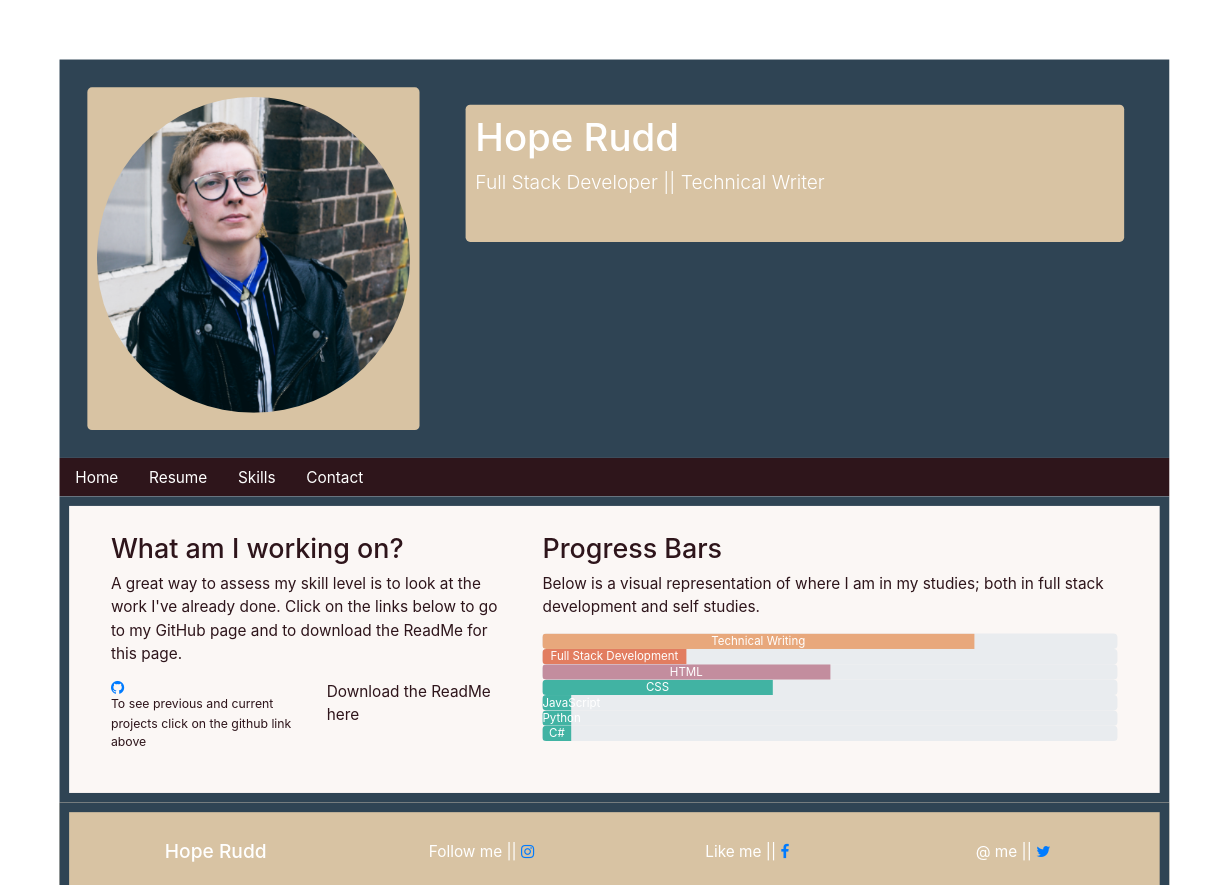
Repository: BleakTerrain/MilestoneProject-
Page: skills.html
The author's editor kept a record of every edit. The page is drawn from the files as they stood at one moment, then again after the next edit.
The browser window is 1280 px wide. The pictures show the whole page, at 96% of full size.
Some web libraries are served in a nearby version.

Above is the page before.

After the next edit:
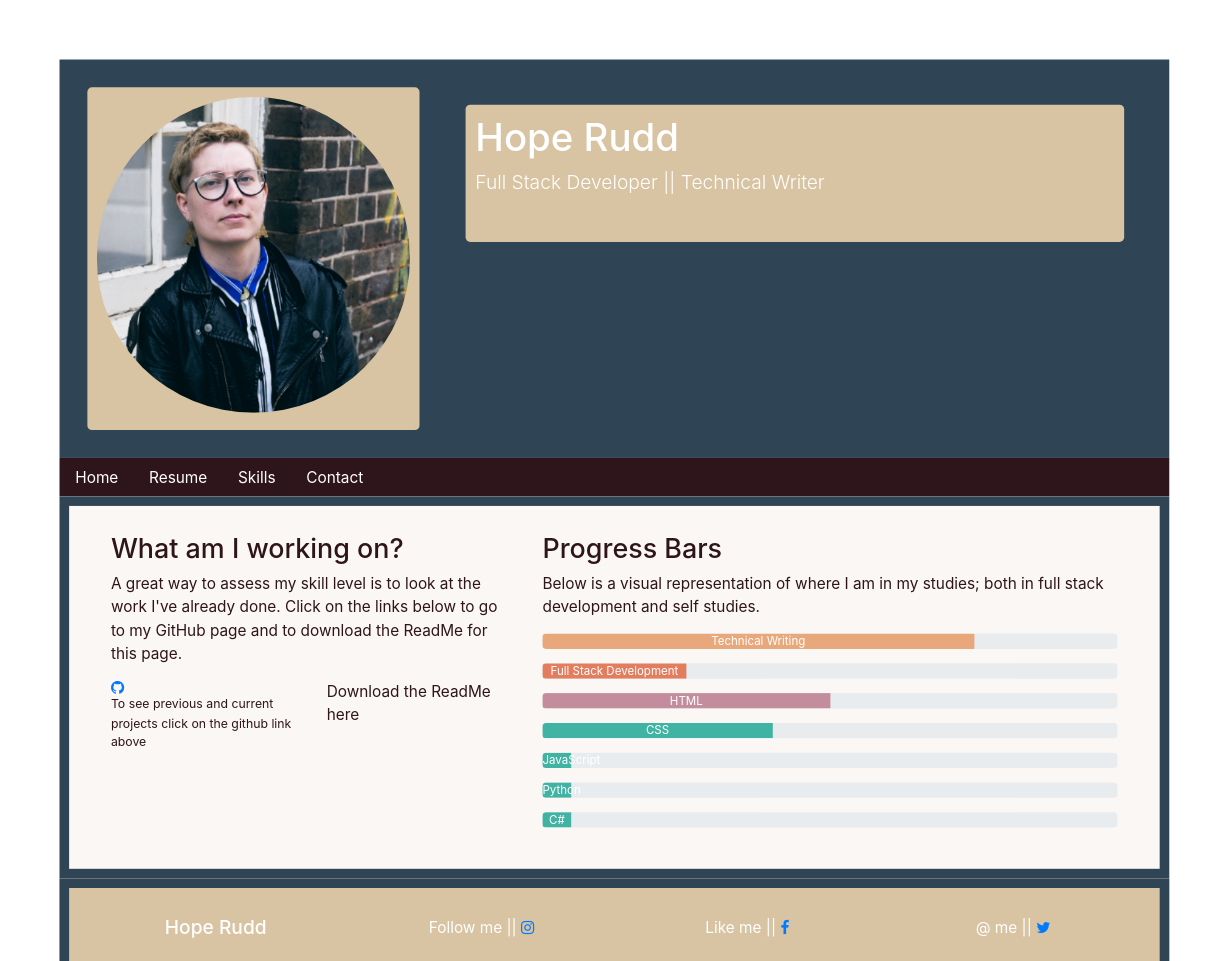
The edit:
--- a/assets/CSS/stylesheet.css
+++ b/assets/CSS/stylesheet.css
@@ -160,7 +160,7 @@
 
 .skillsbar-main
 {
-
+margin-bottom: 2.5%;
 }
 
 
